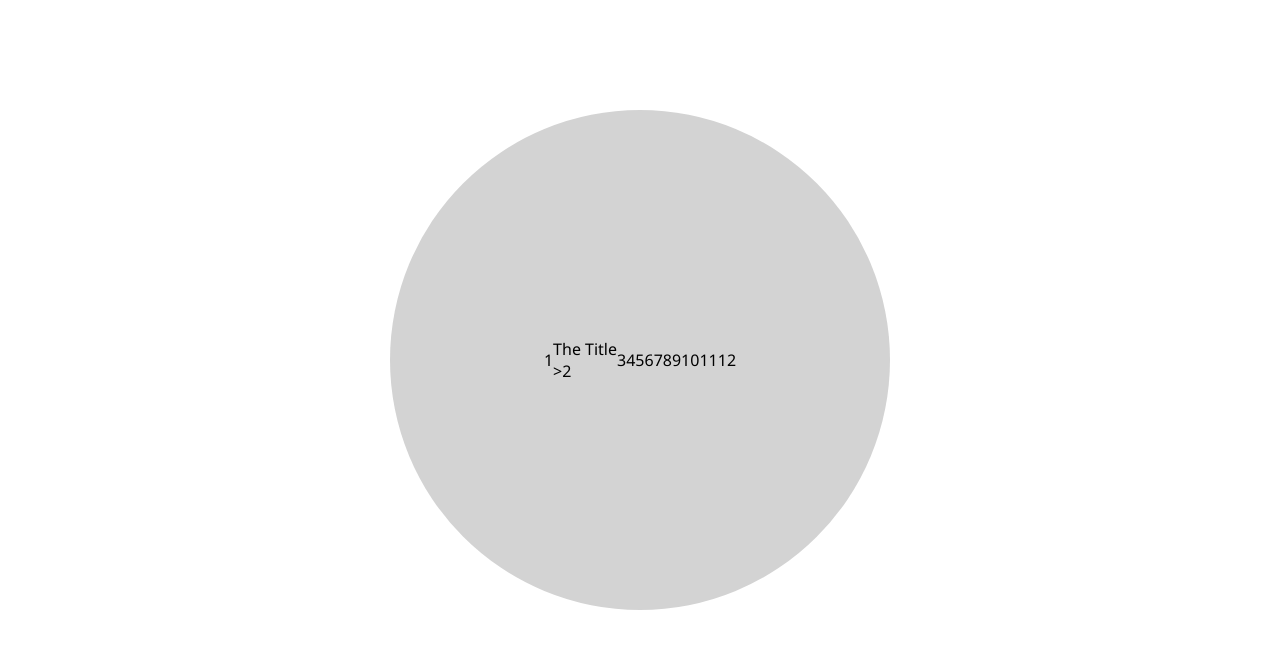
Repository: Suryansh-D/Cool-Clock
Page: index.html
These files come from the project's save history. The page is drawn as it stood at one moment and after the next save; the edit follows.
The browser window is 1280 px wide. The pictures show the whole page.

Above is the page before, as saved 2024-01-30 15:27:54.

After the next save:
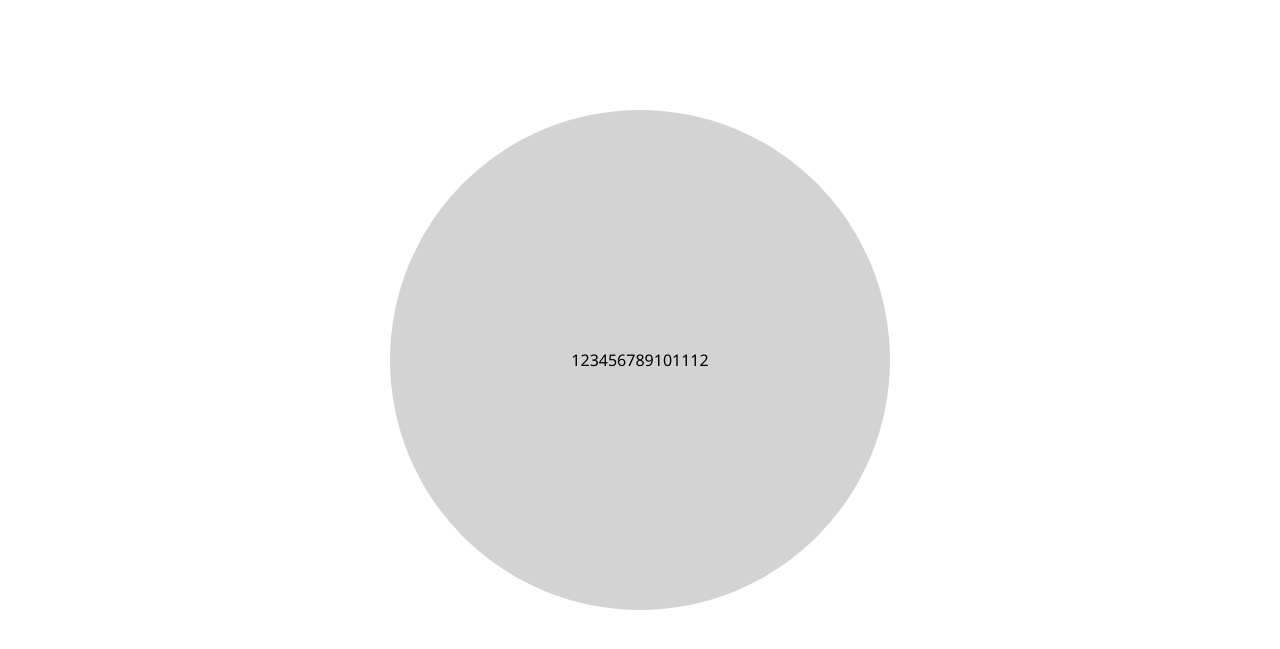
Saved 3 s later.
--- a/index.html
+++ b/index.html
@@ -7,7 +7,7 @@
 <body>
     <div class="clock">
         <div class="number" style="--n:1">1</div>
-        <div class="number" <h1> The Title <h1></h1>>2</div>
+        <div class="number" >2</div>
         <div class="number">3</div>
         <div class="number">4</div>
         <div class="number">5</div>
